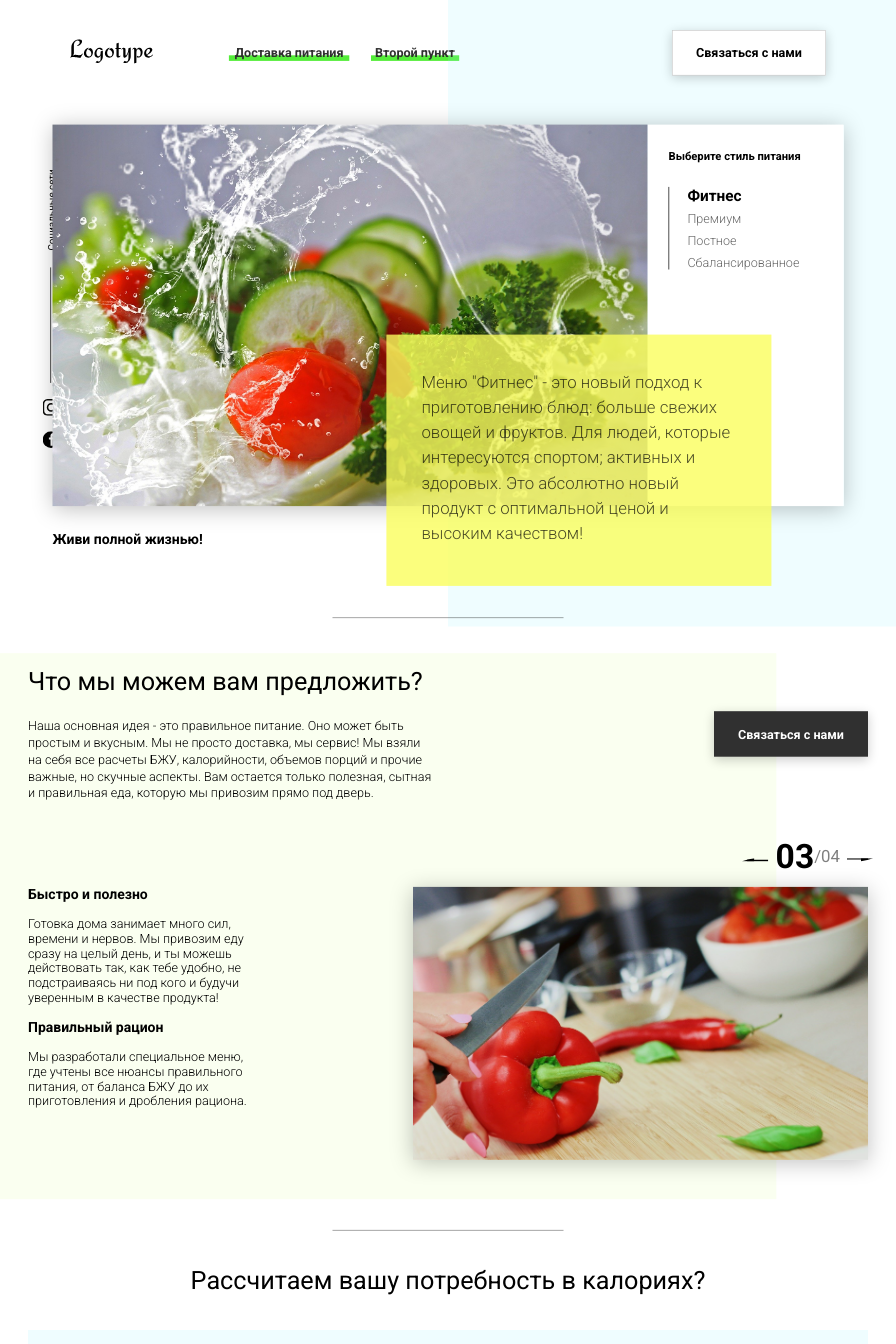
Repository: ne-comilfo/food
Page: index.html
The author's editor kept a copy of each file at every save. The page is drawn from the files as they stood at one save, then again after a run of saves.
The browser window is 1280 px wide. The pictures show the part of the page from y = 0 to 1920 px (the page is 4251 px tall), at 70% of full size.

Above is the page before, as saved 2025-07-23 18:22:38.

After the next 7 saves:
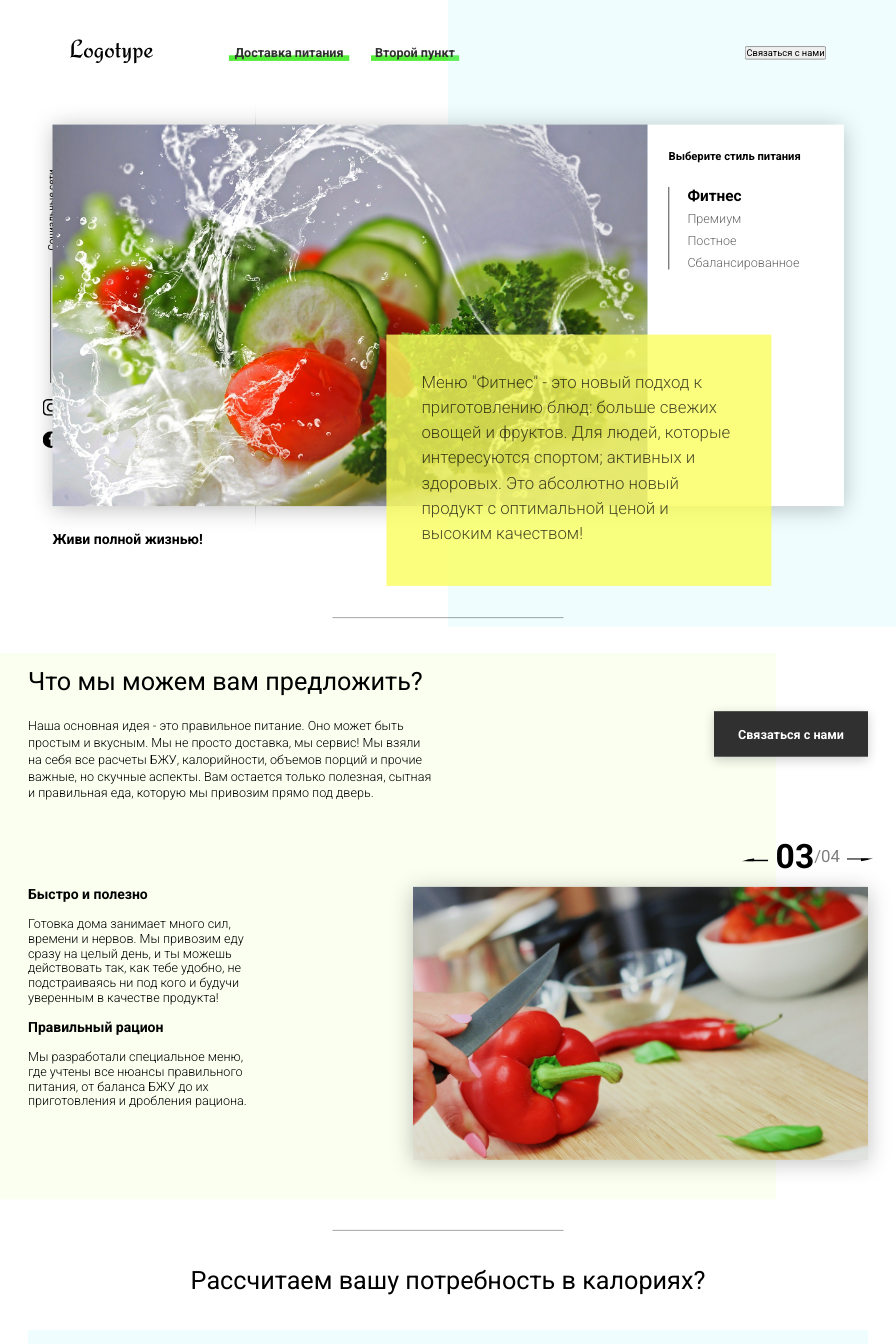
The 7 saves are shown as one change because they came seconds apart.
The last was saved 35 s later.
--- a/index.html
+++ b/index.html
@@ -20,7 +20,7 @@
             </nav>
         </div>
         <div class="header__right-block">
-            <button class="btn btn_white">Связаться с нами</button>
+            <button dataclass="btn btn_white">Связаться с нами</button>
         </div>
     </header>
     <div class="sidepanel">

After the 2 saves that followed:
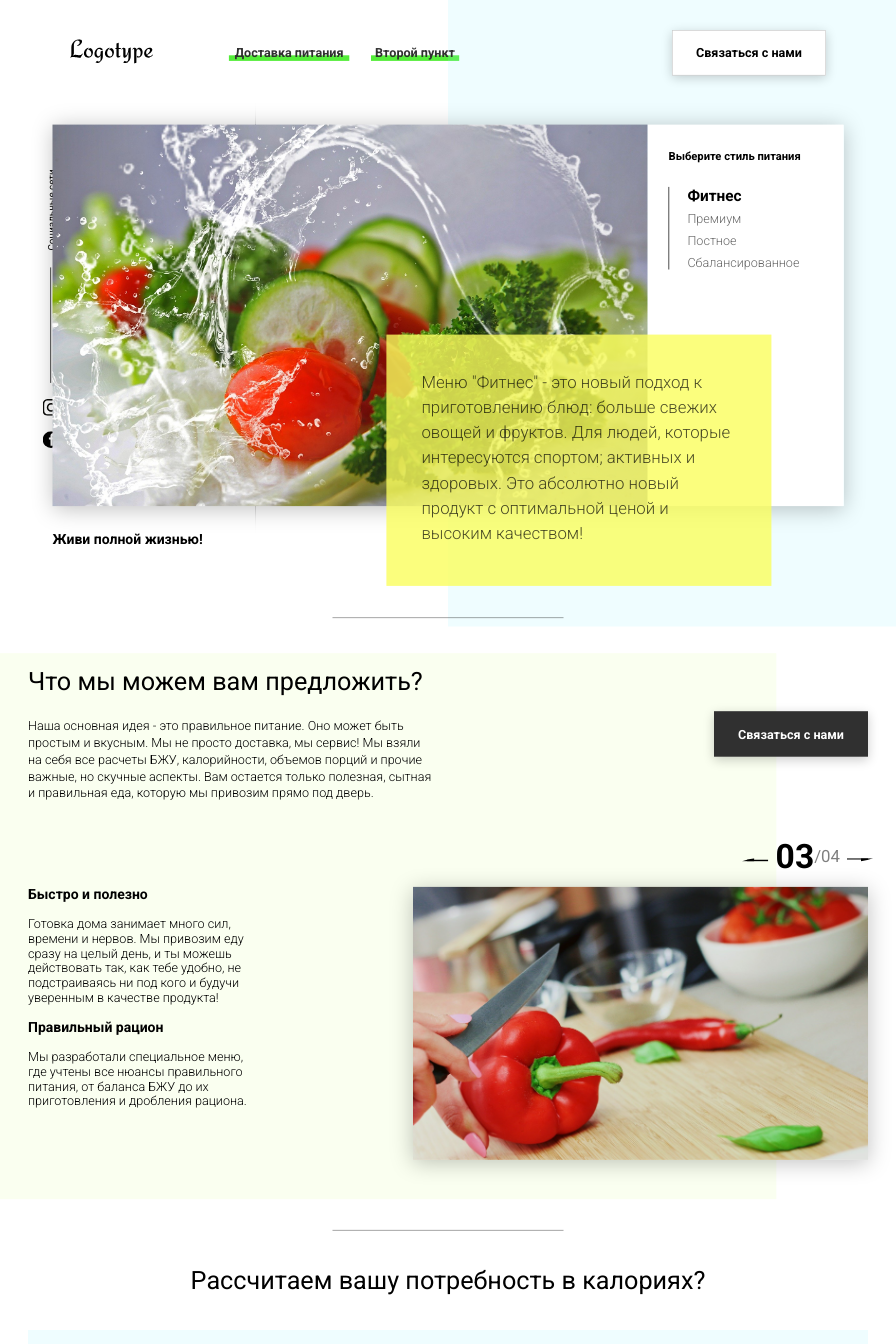
The 2 saves are shown as one change because 1 left the picture as it was.
The last was saved 9 s later.
--- a/index.html
+++ b/index.html
@@ -20,7 +20,7 @@
             </nav>
         </div>
         <div class="header__right-block">
-            <button dataclass="btn btn_white">Связаться с нами</button>
+            <button data-modal class="btn btn_white">Связаться с нами</button>
         </div>
     </header>
     <div class="sidepanel">
